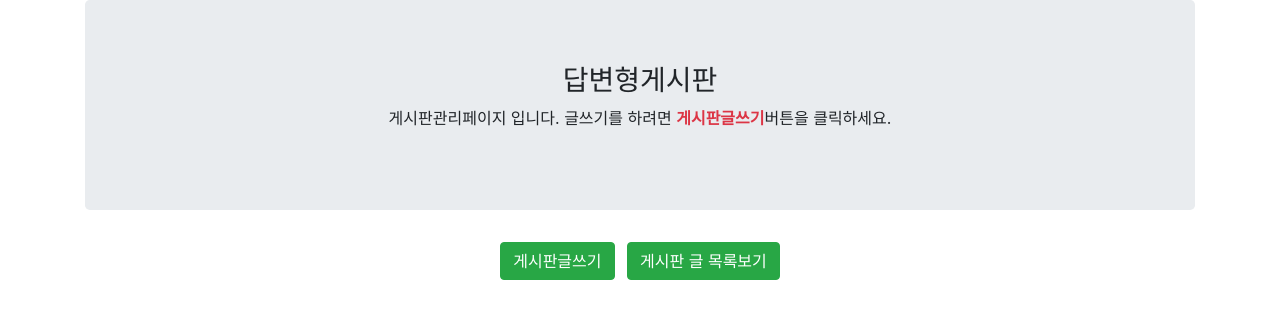
Repository: NoChanJong/JSP
Page: http://localhost/jsp09_board/
These files come from the project's save history. The page is drawn as it stood at one moment and after the next save; the edit follows.
The browser window is 1280 px wide. The pictures show the whole page.
The page is served by Tomcat 9. Other server files are loaded and not shown.

Above is the page before, as saved 2023-05-23 04:17:02.
Console error (its wording comes from the project's code and is left out).

### jsp09_board/WebContent/index.jsp
<%@page language="java" contentType="text/html; charset=UTF-8" pageEncoding="UTF-8"%>
<!DOCTYPE html>
<html>
<head>
	 <meta charset="UTF-8">
	 <meta name="viewport" content="width=device-width, initial-scale=1, minimum-scale=1, maximum-scale=1">
     <link href="https://cdn.jsdelivr.net/npm/bootstrap@4.5.2/dist/css/bootstrap.min.css" rel="stylesheet">
     <script src="https://cdn.jsdelivr.net/npm/bootstrap@4.5.2/dist/js/bootstrap.bundle.min.js"></script>
<title>답변형게시판</title>
</head>
<body>
	<div class="container" align="center">
		<div class="jumbotron">
			<h3>답변형게시판</h3>
			<p>게시판관리페이지 입니다. 글쓰기를 하려면 <strong class="text-danger">게시판글쓰기</strong>버튼을
			클릭하세요.</p>
		</div>
		<a href="boardWriteForm.jsp" class="btn btn-success mr-sm-2">게시판글쓰기</a>
		<a href="boarList.do?p=1&f=board_name&q=" class="btn btn-success">게시판 글 목록보기</a>
	</div>
</body>
</html>

After the next save:
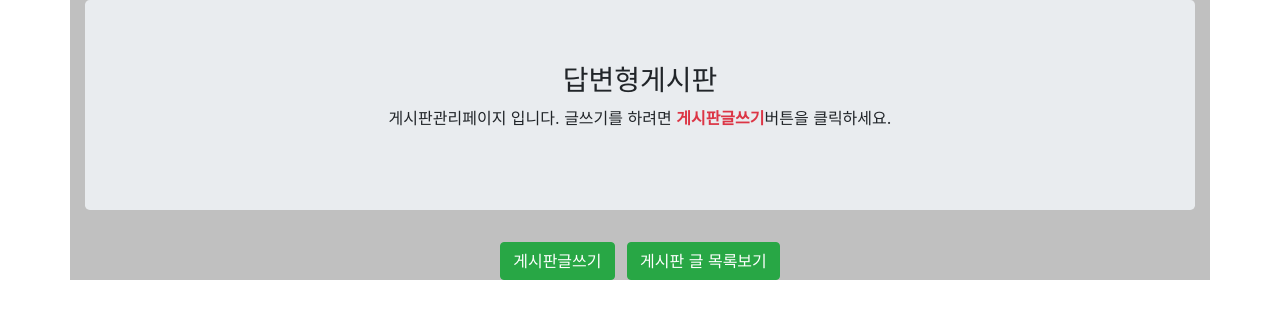
Saved 27 s later.
--- a/jsp09_board/WebContent/index.jsp
+++ b/jsp09_board/WebContent/index.jsp
@@ -9,7 +9,7 @@
 <title>답변형게시판</title>
 </head>
 <body>
-	<div class="container" align="center">
+	<div class="container" align="center" style="background-color: silver;">
 		<div class="jumbotron">
 			<h3>답변형게시판</h3>
 			<p>게시판관리페이지 입니다. 글쓰기를 하려면 <strong class="text-danger">게시판글쓰기</strong>버튼을
